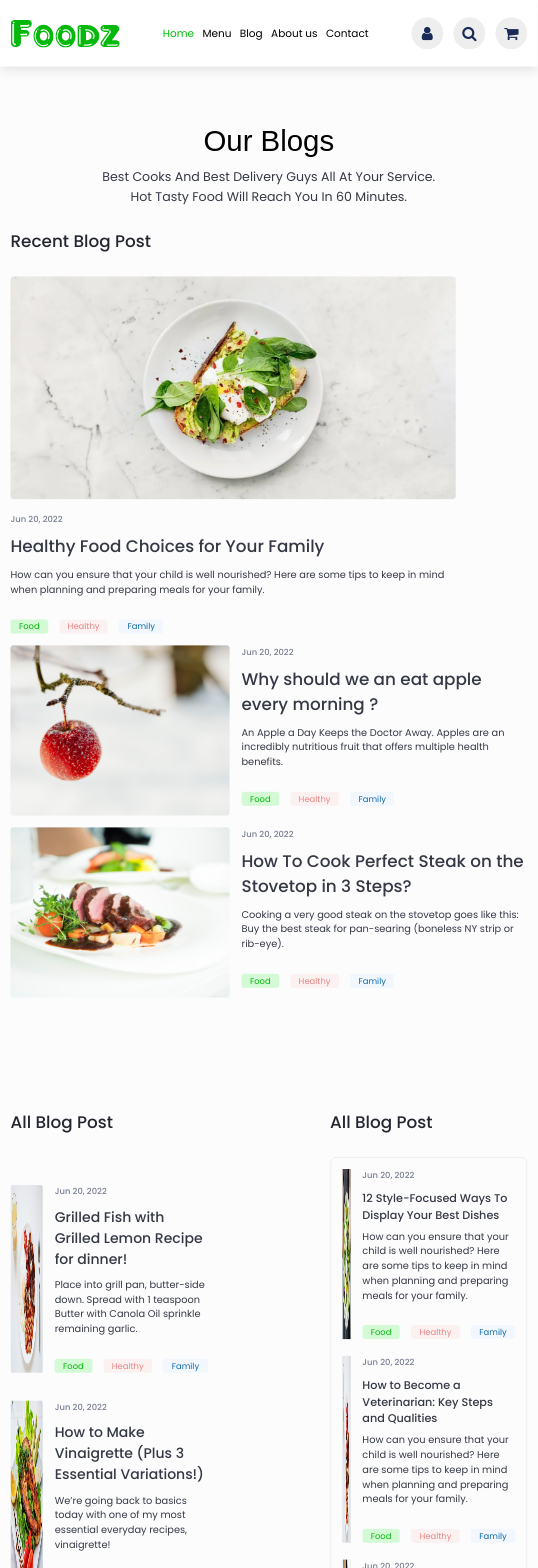
Repository: Toan3333/fooz
Page: assets/pages/blog.html
These files come from the project's save history. The page is drawn as it stood at one moment and after the next save; the edit follows.
The browser window is 768 px wide. The pictures show the part of the page from y = 0 to 2240 px (the page is 3897 px tall before and 3948 px after), at 70% of full size.
Some web fonts or font styles are not loaded; a fallback is used.

Above is the page before, as saved 2023-06-11 11:15:12.

After the next save:
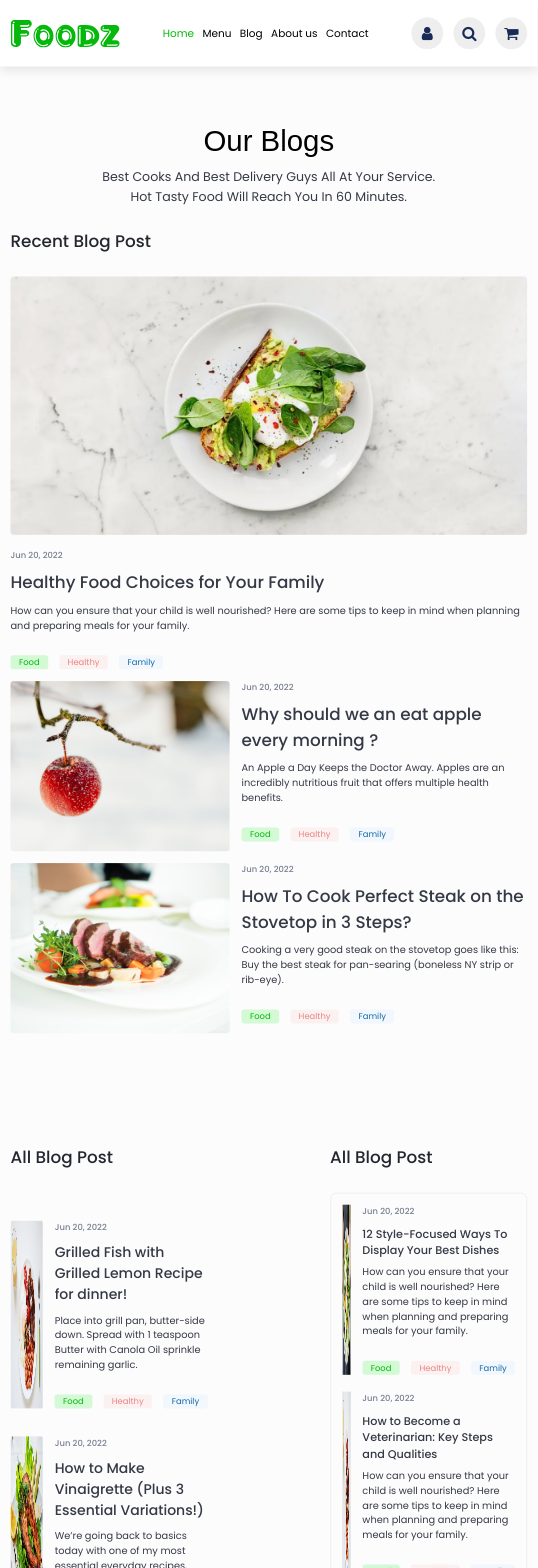
Saved 25 s later.
--- a/assets/css/responsive.css
+++ b/assets/css/responsive.css
@@ -134,6 +134,7 @@
   }
   .our-blog__post {
     width: 100%;
+    max-width: unset;
   }
 }
 /* Iphone */
